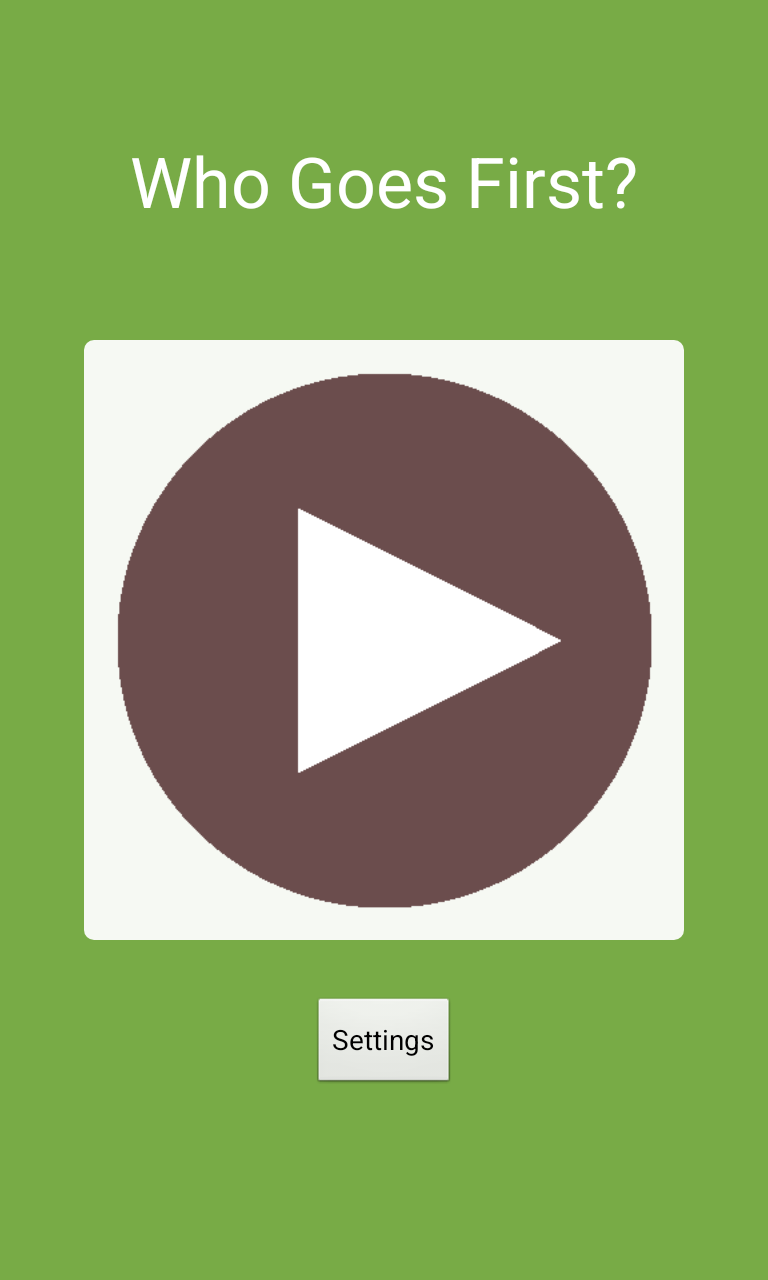
Repository: DarwinLYang/WhoGoesFirstApp
Layout: Who First/WhoFirst/res/layout/fragment_main.xml
An editor plug-in stored every save of this project. The layout is shown before and after the next save, followed by the edit.
It is drawn on a 768 x 1280 px phone screen (xhdpi) without system bars, with theme android:Theme.NoTitleBar.Fullscreen; the app's code is not run.

Above is the layout before, as saved 2014-04-11 21:18:38.

After the next save:
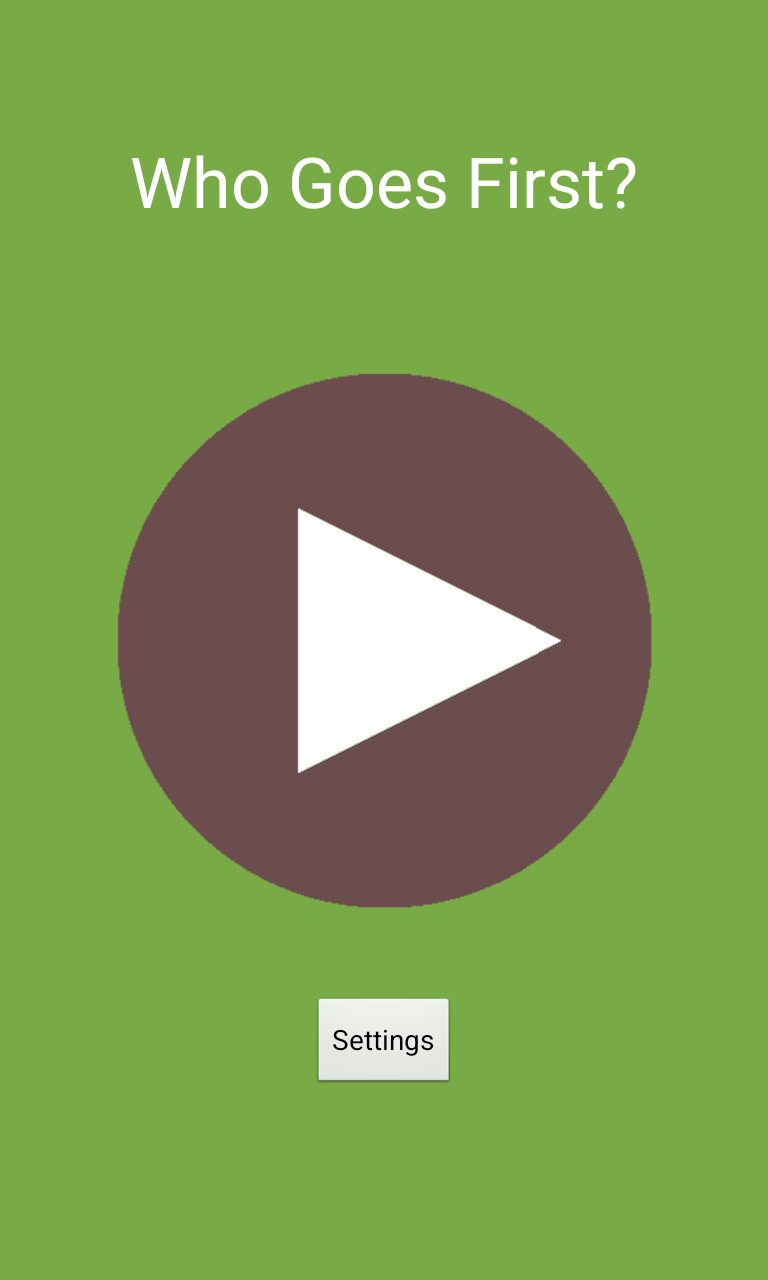
Saved 16 s later.
--- a/Who First/WhoFirst/res/drawable-hdpi/round_button.xml
+++ b/Who First/WhoFirst/res/drawable-hdpi/round_button.xml
@@ -1,7 +1,6 @@
 <?xml version="1.0" encoding="utf-8"?>
 <shape xmlns:android="http://schemas.android.com/apk/res/android"
 android:shape="rectangle">
-    <solid android:color="#eeffffff" />
     <corners android:bottomRightRadius="5dip"
         android:bottomLeftRadius="5dip"
         android:topRightRadius="5dip"
